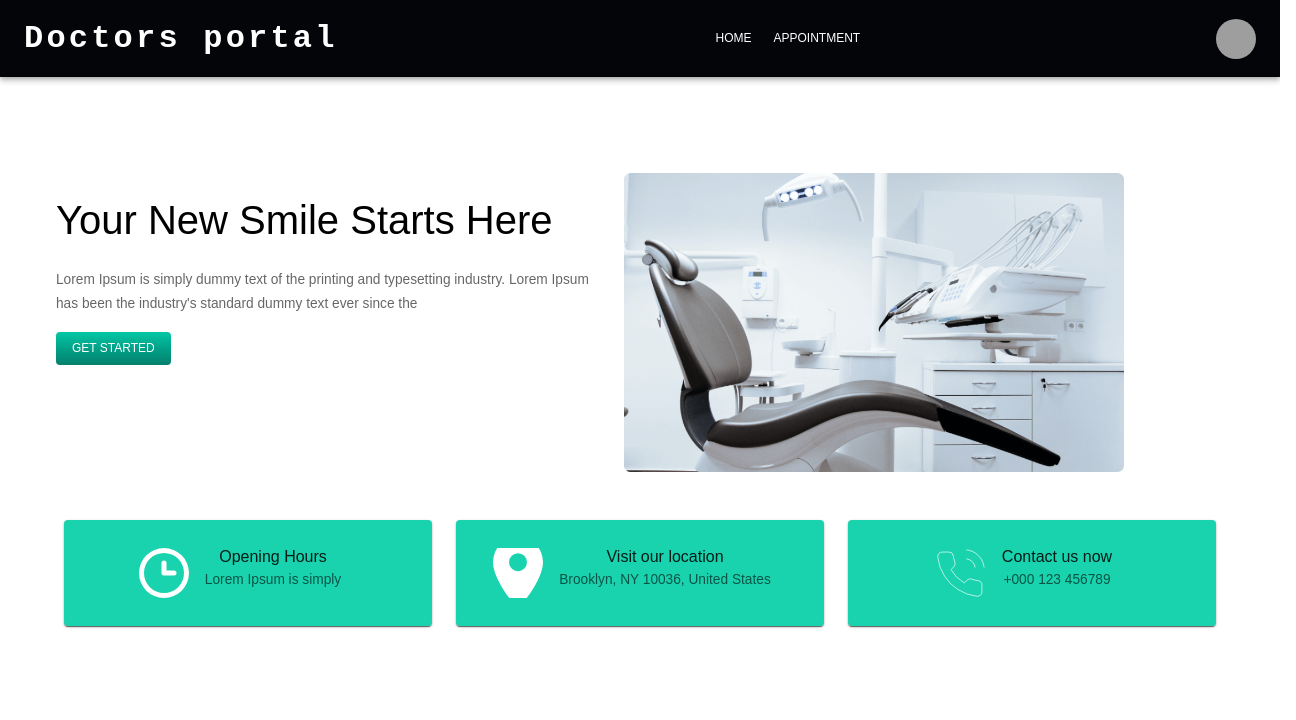
Repository: mdrubel02/health-care
Page: /
An editor plug-in stored every save of this project. The page is shown before and after the next save, followed by the edit.
The browser window is 1280 px wide. The page is 1280 px wide, then 1296 px, so the pictures cover 1296 px, including what lies to the right of the window. The pictures show the whole page.
Pictures or frames that could not be fetched are drawn as grey boxes. The project was rebuilt for these pictures with package versions that can differ from the ones it lists, and the page was loaded fresh each time. Also part of the build but not shown: src/Pages/Appointment/Appointment.js.

Above is the page before, as saved 2022-11-15 12:54:39.

### src/index.js
import React from 'react';
import ReactDOM from 'react-dom';
import './index.css';
import App from './App';
import reportWebVitals from './reportWebVitals';
import { ColorContextProvider } from './Theme/Theme';

ReactDOM.render(
  <React.StrictMode>
    <ColorContextProvider>
      <App />
    </ColorContextProvider>
  </React.StrictMode>,
  document.getElementById('root')
);

// If you want to start measuring performance in your app, pass a function
// to log results (for example: reportWebVitals(console.log))
// or send to an analytics endpoint. Learn more: https://bit.ly/CRA-vitals
reportWebVitals();

### src/App.js
import { RouterProvider } from 'react-router-dom';
import router from './Layout/router';

function App() {
  return (
    <div>
     <RouterProvider router={router}></RouterProvider>
    </div>
  );
}

export default App;

### src/Theme/Theme.js
import { createTheme, ThemeProvider } from "@mui/material";
import { createContext, useMemo, useState } from "react";

// color design tokens export
export const DrawerWidth = 250;
export const tokens = (mode) => ({
    ...(mode === "dark"
        ? {
            grey: {
                100: "#e0e0e0",
                200: "#c2c2c2",
                300: "#a3a3a3",
                400: "#858585",
                500: "#666666",
                600: "#525252",
                700: "#3d3d3d",
                800: "#292929",
                900: "#141414",
            },
            primary: {
                100: "#d0d1d5",
                200: "#a1a4ab",
                300: "#727681",
                400: "#1F2A40",
                500: "#141b2d",
                600: "#101624",
                700: "#0c101b",
                800: "#080b12",
                900: "#040509",
            },
            greenAccent: {
                100: "#dbf5ee",
                200: "#b7ebde",
                300: "#94e2cd",
                400: "#70d8bd",
                500: "#4cceac",
                600: "#3da58a",
                700: "#2e7c67",
                800: "#1e5245",
                900: "#0f2922",
            },
            redAccent: {
                100: "#f8dcdb",
                200: "#f1b9b7",
                300: "#e99592",
                400: "#e2726e",
                500: "#db4f4a",
                600: "#af3f3b",
                700: "#832f2c",
                800: "#58201e",
                900: "#2c100f",
            },
            blueAccent: {
                100: "#e1e2fe",
                200: "#c3c6fd",
                300: "#a4a9fc",
                400: "#868dfb",
                500: "#6870fa",
                600: "#535ac8",
                700: "#3e4396",
                800: "#2a2d64",
                900: "#151632",
            },
        }
        : {
            grey: {
                100: "#141414",
                200: "#292929",
                300: "#3d3d3d",
                400: "#525252",
                500: "#666666",
                600: "#858585",
                700: "#a3a3a3",
                800: "#c2c2c2",
                900: "#e0e0e0",
            },
            primary: {
                100: "#040509",
                200: "#080b12",
                300: "#0c101b",
                400: "#f2f0f0", // manually changed
                500: "#141b2d",
                600: "#1F2A40",
                700: "#727681",
                800: "#a1a4ab",
                900: "#d0d1d5",
            },
            greenAccent: {
                100: "#0f2922",
                200: "#1e5245",
                300: "#2e7c67",
                400: "#3da58a",
                500: "#4cceac",
                600: "#70d8bd",
                700: "#94e2cd",
                800: "#b7ebde",
                900: "#dbf5ee",
            },
            redAccent: {
                100: "#2c100f",
                200: "#58201e",
                300: "#832f2c",
                400: "#af3f3b",
                500: "#db4f4a",
                600: "#e2726e",
                700: "#e99592",
                800: "#f1b9b7",
                900: "#f8dcdb",
            },
            blueAccent: {
                100: "#151632",
                200: "#2a2d64",
                300: "#3e4396",
                400: "#535ac8",
                500: "#6870fa",
                600: "#868dfb",
                700: "#a4a9fc",
                800: "#c3c6fd",
                900: "#e1e2fe",
            },
        }),
});

// mui theme settings
export const themeSettings = (mode) => {
    const colors = tokens(mode);
    return {
        palette: {
            mode: mode,
            ...(mode === "dark"
                ? {
                    // palette values for dark mode
                    primary: {
                        main: colors.primary[500],
                    },
                    secondary: {
                        main: colors.greenAccent[500],
                    },
                    neutral: {
                        dark: colors.grey[700],
                        main: colors.grey[500],
                        light: colors.grey[100],
                    },
                    background: {
                        default: colors.primary[500],
                    },
                }
                : {
                    // palette values for light mode
                    primary: {
                        main: colors.primary[100],
                    },
                    secondary: {
                        main: colors.greenAccent[500],
                    },
                    neutral: {
                        dark: colors.grey[700],
                        main: colors.grey[500],
                        light: colors.grey[100],
                    },
                    background: {
                        default: "#fcfcfc",
                    },
                }),
        },
        components: {

            MuiButton: {
                defaultProps: {
                    disableRipple: true,
                    disableElevation: true,
                    styleOverrides: {
                        textDecoration: 'none',
                        "&:hover": {
                            color: "#fff"
                        }
                    },
                },
                MuiTooltip: {
                    defaultProps: {
                      arrow: true,
                    },
                    styleOverrides: {
                      tooltip: {
                        background: '',
                      },
                      arrow: {
                        color: '',
                      },
                    },
                  },
            },
            MuiDrawer: {
                styleOverrides: {
                  paper: {
                    width: DrawerWidth,
                    background: '',
                    color: '',
                    borderRadius: '0px 100px 0px 0px',
                    borderRight: `1px solid `
                  }
                }
              },
              MuiDivider: {
                styleOverrides: {
                  root: {
                    borderColor: 'gray'
                  }
                }
              },
        },
        typography: {
            fontFamily: ["Source Sans Pro", "sans-serif"].join(","),
            fontSize: 12,
            h1: {
                fontFamily: ["Source Sans Pro", "sans-serif"].join(","),
                fontSize: 40,
            },
            h2: {
                fontFamily: ["Source Sans Pro", "sans-serif"].join(","),
                fontSize: 32,
            },
            h3: {
                fontSize: '1.3rem',
                letterSpacing: '0rem',
                '@media (min-width:600px)': {
                  fontSize: '2rem',
                },
            },
            h4: {
                fontFamily: ["Source Sans Pro", "sans-serif"].join(","),
                fontSize: 20,
            },
            h5: {
                fontFamily: ["Source Sans Pro", "sans-serif"].join(","),
                fontSize: 16,
            },
            h6: {
                fontFamily: ["Source Sans Pro", "sans-serif"].join(","),
                fontSize: 14,
            },
        },
    };
};

export const ColorModeContext = createContext({
    toggleMode: () => { },
    mode: "light"
})


export const ColorContextProvider = ({ children }) => {
    const [mode, setMode] = useState("light")

    const colorMode = useMemo(() => ({
        toggleMode: () => setMode(prevMode => prevMode === "light" ? "dark" : "light"),
        mode
    }), [mode])
    const theme = useMemo(() => createTheme(themeSettings(mode)), [mode]);

    return (
        <ColorModeContext.Provider value={colorMode}>
            <ThemeProvider theme={theme}>
                {children}
            </ThemeProvider>
        </ColorModeContext.Provider>
    )
}

### src/Layout/router.js
import { createBrowserRouter } from "react-router-dom";
import Appointment from "../Pages/Appointment/Appointment";
import Home from "../Pages/Home/Home";
import Main from "./Main";


const router = createBrowserRouter([{
    path: '/',
    element: <Main/>,
    children: [
        {path: '/',element: <Home/>},
        {path: '/home',element: <Home/>},
        {path: '/appointment',element: <Appointment/>},
    ]
}])
export default router;

### src/Pages/Home/Home.js
import { Container } from '@mui/material';
import React from 'react';
import Banner from './Banner/Banner';
import Information from './Information/Information';


const Home = () => {
    return (
        <Container>
           <Banner />
           <Information/>

        </Container>
    );
};

export default Home;

### src/Layout/Main.js
import React from 'react';
import { Outlet } from 'react-router-dom';
import Header from '../Pages/Header/Header';

const Main = () => {
    return (
        <div>
           <Header/>
           <Outlet/>

        </div>
    );
};

export default Main;

### src/Pages/Home/Banner/Banner.js
import React from 'react';
import { Box, Button, CardContent, CardMedia, Grid, Typography } from '@mui/material';
import chair from '../../../assets/images/chair.png'

const Banner = () => {
    return (
        <Box sx={{  marginTop: '8rem', marginBottom: '3rem' }}>
            <Grid sx={{ flexGrow: 2}} container spacing={4}  >
                <Grid xs={12} md={12} lg={6}>
                    <Box sx={{ padding: '.5rem' }}>
                        <CardContent sx={{ flex: '1 0 auto' }}>
                            <Typography component="div" variant="h1" marginBottom='1.5rem'>
                                Your New Smile Starts Here
                            </Typography>
                            <Typography variant="subtitle1" color="text.secondary" component="p" sx={{marginBottom: '1rem'}}>
                                Lorem Ipsum is simply dummy text of the printing and typesetting industry. Lorem Ipsum has been the industry's standard dummy text ever since the
                            </Typography>
                            <Button
                            sx={{
                                background:
                                  'linear-gradient(to bottom, #04C8A4 , ' +
                                  '#00A187, #05806D 100%)',
                                  color:'white',
                              }}

                            variant='content'>GET STARTED</Button>
                        </CardContent>

                    </Box>
                </Grid>
                <Grid xs={6} md={12} lg={6}>
                    <CardMedia
                        component="img"
                        sx={{ width: 500 }}
                        image={chair}
                        alt="Live from space album cover"
                    />
                </Grid>
            </Grid>
        </Box>
    );
};

export default Banner;

### src/Pages/Home/Information/Information.js
import { Box, Card, CardContent, CardMedia, Container, Grid, Paper, styled, Typography } from '@mui/material';
import React from 'react';
import clock from '../../../assets/icons/clock.svg';
import marker from '../../../assets/icons/marker.svg';
import phone from '../../../assets/icons/phone.svg';


const Information = () => {
    const menus = [
        { id: '01', img: clock, title: 'Opening Hours', description: 'Lorem Ipsum is simply ' },
        { id: '01', img: marker, title: 'Visit our location', description: 'Brooklyn, NY 10036, United States' },
        { id: '01', img: phone, title: 'Contact us now', description: '+000 123 456789' },
    ]
    const Item = styled(Paper)(({ theme }) => ({

        backgroundColor: theme.palette.mode === 'dark' ? '#1A2027' : '#fff',
        ...theme.typography.body2,
        padding: theme.spacing(0),
        textAlign: 'center',
        color: theme.palette.text.secondary,

    }));

    return (
            <Box sx={{ flexGrow: 1 }}>
                <Grid container spacing={{lg:3, xs: 2, md: 3 }} >
                    {menus.map((menu,index) => (
                        <Grid  item xs={12} sm={12} md={6} lg={4} key={index}>
                           <Item> <Card sx={{ display: 'flex',justifyContent: 'center',alignItems: 'center',backgroundColor: '#19D3AE' ,padding: '10px'}}>
                                <CardMedia
                                    component="img"
                                    sx={{ width: 50, height: 50,}}
                                    image={menu.img}
                                    alt="Live from space album cover"
                                />
                                <Box sx={{ display: 'flex', flexDirection: 'column' }}>
                                    <CardContent sx={{ flex: '1 0 auto' }}>
                                        <Typography component="div" variant="h5">
                                            {menu.title}
                                        </Typography>
                                        <Typography variant="subtitle1" color="text.secondary" component="div">
                                            {menu.description}
                                        </Typography>
                                    </CardContent>
                                </Box>
                            </Card>
                            </Item>
                        </Grid>
                    ))}
                </Grid>
            </Box>
    );
};

export default Information;

### src/Pages/Header/Header.js
import { AppBar, Avatar, Box, Button, Container, IconButton, Menu, MenuItem, Toolbar, Tooltip, Typography, useTheme } from '@mui/material';
import AdbIcon from '@mui/icons-material/Adb';
import MenuIcon from '@mui/icons-material/Menu';
import { Link as RouterLink } from 'react-router-dom';
import React, { useState } from 'react';
import { tokens } from '../../Theme/Theme';
// import { Link } from 'react-router-dom';
import './Header.css'


const settings = ['Profile', 'Account', 'Dashboard', 'Logout'];

const Header = () => {
    const theme = useTheme();
    const colors = tokens(theme.palette.mode);
    const [anchorElNav, setAnchorElNav] = useState(null);
    const [anchorElUser, setAnchorElUser] = useState(null);

    const items = <React.Fragment>
        <Button sx={{ color: 'white' }} component={RouterLink} to="/home">Home</Button>
        <Button sx={{ color: 'white' }} component={RouterLink} to="/appointment">Appointment</Button>
    </React.Fragment>

    const handleOpenNavMenu = (event) => {
        setAnchorElNav(event.currentTarget);
    };
    const handleOpenUserMenu = (event) => {
        setAnchorElUser(event.currentTarget);
    };

    const handleCloseNavMenu = () => {
        setAnchorElNav(null);
    };

    const handleCloseUserMenu = () => {
        setAnchorElUser(null);
    };
    return (
        <AppBar position="static">
            <Container maxWidth="xl">
                <Toolbar disableGutters>

                    <Typography
                        variant="h3"
                        noWrap
                        component="a"
                        href="/"
                        sx={{
                            mr: 2,
                            display: { xs: 'none', md: 'flex' },
                            fontFamily: 'monospace',
                            fontWeight: 700,
                            letterSpacing: '.2rem',
                            color: 'inherit',
                            textDecoration: 'none',
                        }}
                    >
                        Doctors portal
                    </Typography>

                    <Box className='middle' sx={{ flexGrow: 1, display: { xs: 'flex' ,  md: 'none' },justifyContent: 'center' }}>
                        <IconButton
                            size="large"
                            aria-label="account of current user"
                            aria-controls="menu-appbar"
                            aria-haspopup="true"
                            onClick={handleOpenNavMenu}
                            color="inherit"
                        >
                            <MenuIcon />
                        </IconButton>
                        <Menu
                            id="menu-appbar"
                            anchorEl={anchorElNav}
                            anchorOrigin={{
                                vertical: 'bottom',
                                horizontal: 'left',
                            }}
                            keepMounted
                            transformOrigin={{
                                vertical: 'top',
                                horizontal: 'left',
                            }}
                            open={Boolean(anchorElNav)}
                            onClose={handleCloseNavMenu}
                            sx={{
                                display: { xs: 'block', md: 'none' },
                            }}
                        >

                            <MenuItem onClick={handleCloseNavMenu}>
                                <Typography variant="h5" sx={{ color: 'withe' }} textAlign="center">{items}</Typography>
                            </MenuItem>

                        </Menu>
                    </Box>

                    <Typography
                        variant="h3"
                        noWrap
                        component="a"
                        href=""
                        sx={{
                            mr: 2,
                            display: { xs: 'flex', md: 'none' },
                            flexGrow: 1,
                            fontFamily: 'monospace',
                            fontWeight: 700,
                            letterSpacing: '.3rem',
                            color: 'inherit',
                            textDecoration: 'none',
                        }}
                    >
                        Doctors portal
                    </Typography>
                    <Box sx={{ flexGrow: 1, display: { xs: 'none', md: 'flex' } }}>

                        <Button

                            onClick={handleCloseNavMenu}
                            sx={{ color: `${colors.grey[400]} !important`, my: 2, display: 'block' }}
                        >
                            {items}
                        </Button>

                    </Box>

                    <Box sx={{ flexGrow: 0 }}>
                        <Tooltip title="Open settings">
                            <IconButton onClick={handleOpenUserMenu} sx={{ p: 0 }}>
                                <Avatar alt="Remy Sharp" src="/static/images/avatar/2.jpg" />
                            </IconButton>
                        </Tooltip>
                        <Menu
                            sx={{ mt: '45px' }}
                            id="menu-appbar"
                            anchorEl={anchorElUser}
                            anchorOrigin={{
                                vertical: 'top',
                                horizontal: 'right',
                            }}
                            keepMounted
                            transformOrigin={{
                                vertical: 'top',
                                horizontal: 'right',
                            }}
                            open={Boolean(anchorElUser)}
                            onClose={handleCloseUserMenu}
                        >
                            {settings.map((setting) => (
                                <MenuItem key={setting} onClick={handleCloseUserMenu}>
                                    <Typography textAlign="center">{setting}</Typography>
                                </MenuItem>
                            ))}
                        </Menu>
                    </Box>
                </Toolbar>
            </Container>
        </AppBar>
    );
};

export default Header;

### src/Pages/Header/Header.css
.lip{
    color: white;
}
.css-1t6c9ts{
    justify-content: center;
}

### src/Pages/Home/New.js
import { Box, Typography } from '@mui/material';
import React from 'react';


const New = () => {


    return (
        <>
            <Box
                p={5}
                backgroundColor='#B3D2E6'
                width={'100%'}
                height={'100%'}
                display={'flex'}
                justifyContent={'center'}
                alignItems={'center'}
                flex={1}
            >
                <Box  borderRadius={16} width={240} height={160} />
            </Box>
            <Box width={'100%'}>

                <Typography>hello</Typography>
            </Box>
        </>
    );
};

export default New;

Loaded but not shown: public/index.html (common file); src/index.css (common file); src/reportWebVitals.js (common file)

After the next save:
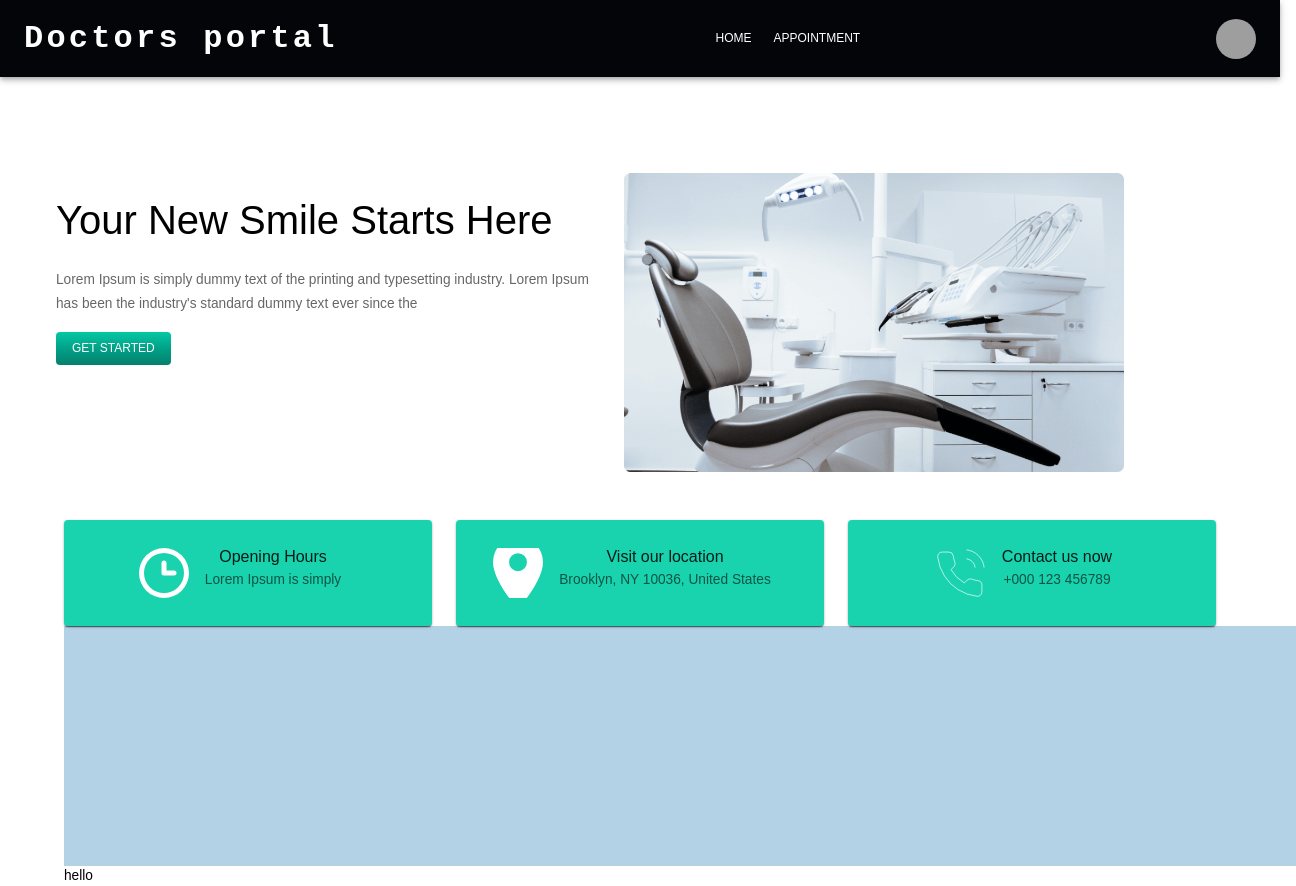
Saved 10 s later.
--- a/src/Pages/Home/Home.js
+++ b/src/Pages/Home/Home.js
@@ -2,6 +2,7 @@ import { Container } from '@mui/material';
 import React from 'react';
 import Banner from './Banner/Banner';
 import Information from './Information/Information';
+import New from './New';
 
 
 const Home = () => {
@@ -9,7 +10,7 @@ const Home = () => {
         <Container>
            <Banner />
            <Information/>
-
+          <New/>
         </Container>
     );
 };
